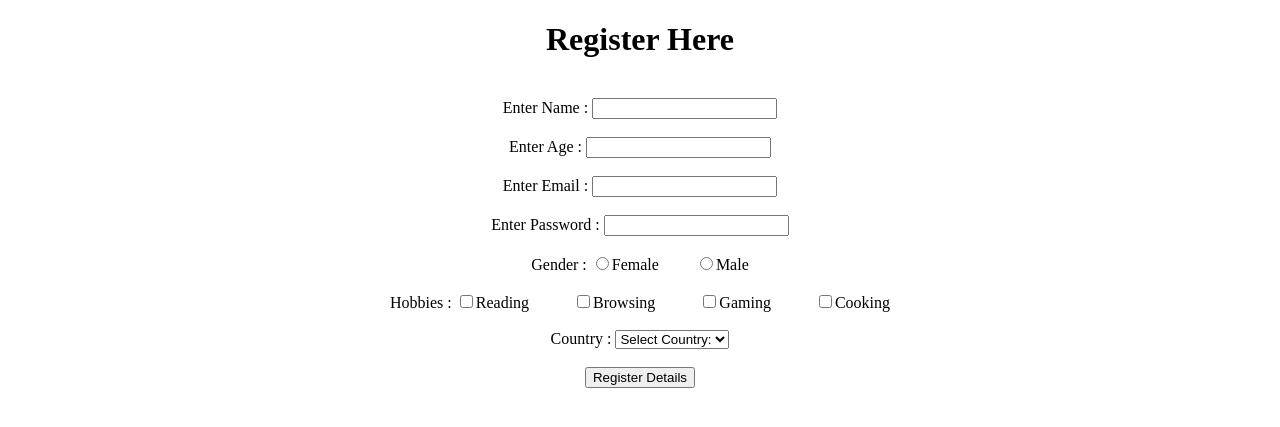
Repository: StarCoder09/JavaWorkspace
Page: http://localhost/JSP_demo/register.jsp
These files come from the project's save history. The page is drawn as it stood at one moment and after the next save; the edit follows.
The browser window is 1280 px wide. The pictures show the whole page.
The page is served by Tomcat 9.

Above is the page before, as saved 2021-07-01 06:15:42.

After the next save:
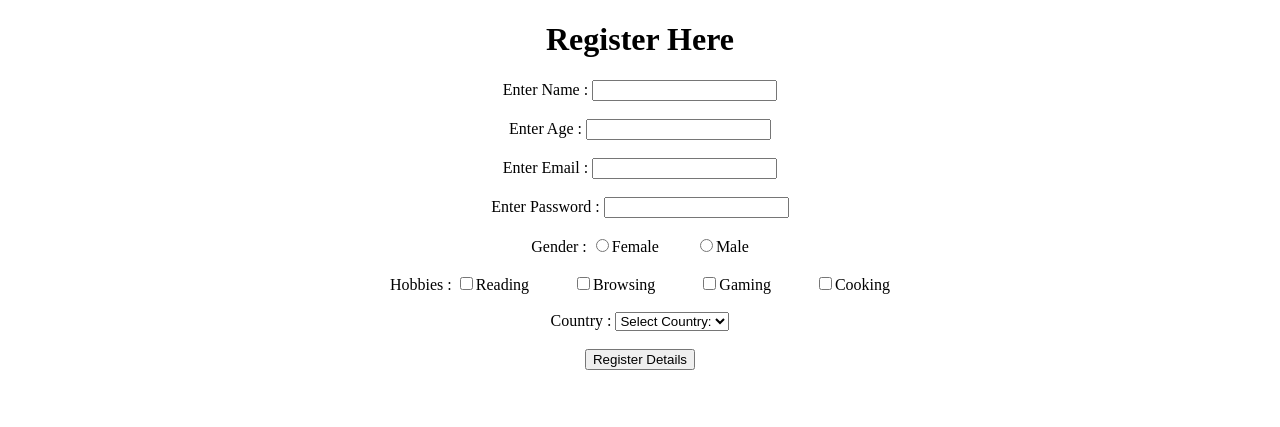
Saved 29 s later.
--- a/JSP_demo/src/main/webapp/register.jsp
+++ b/JSP_demo/src/main/webapp/register.jsp
@@ -8,7 +8,7 @@
 	</head>
 	<body>
 		<div align="center">
-			<h1>Register Here</h1><br/>
+			<h1>Register Here</h1>
 			<form action="" method="post">
 				Enter Name : <input type="text" name="fname"/><br/><br/>
 				Enter Age : <input type="text" name="age"/><br/><br/>
